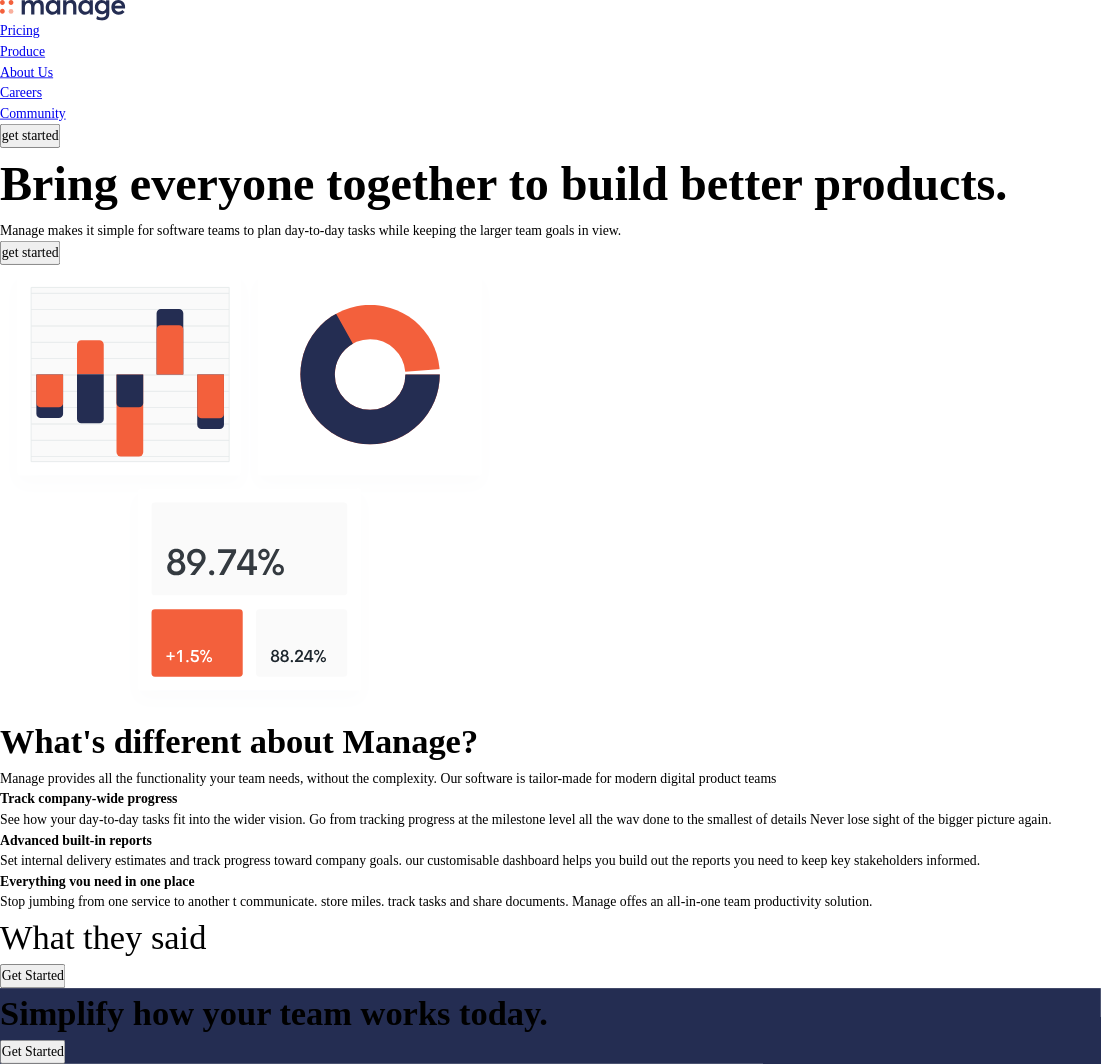
Repository: anthonybrown/website-practice
Page: index.html
The author's editor kept a copy of each file at every save. The page is drawn from the files as they stood at one save, then again after the next save.
The browser window is 1280 px wide. The pictures show the whole page, at 86% of full size.

Above is the page before, as saved 2023-04-18 13:43:12.

After the next save:
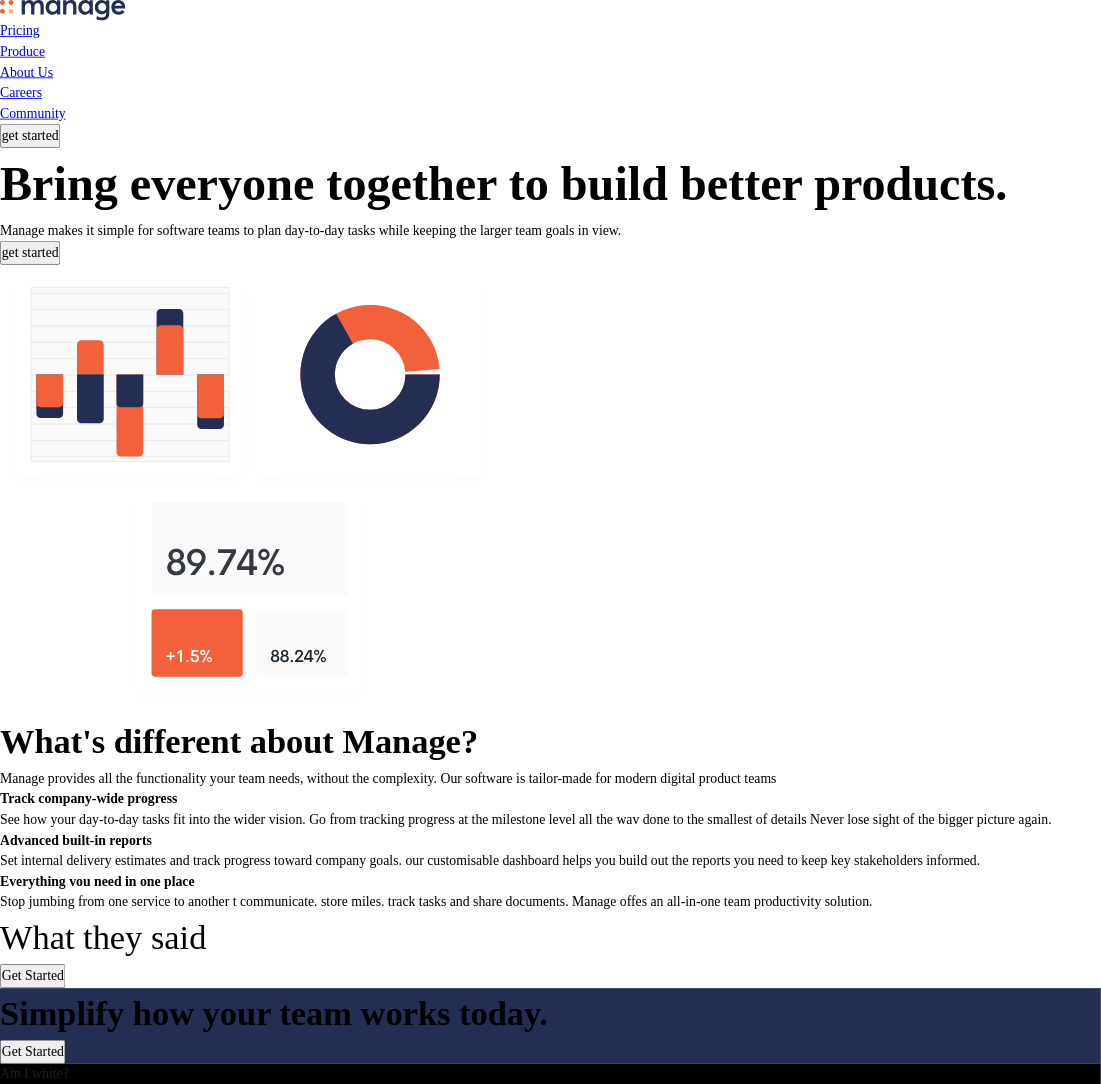
Saved 24 s later.
--- a/index.html
+++ b/index.html
@@ -115,7 +115,7 @@
   </main>
 
   <footer class="bg-neutral-900 text-neutral-100">
-
+    <p>Am I white?</p>
   </footer>
 
   <script type="module" src="/main.js"></script>
